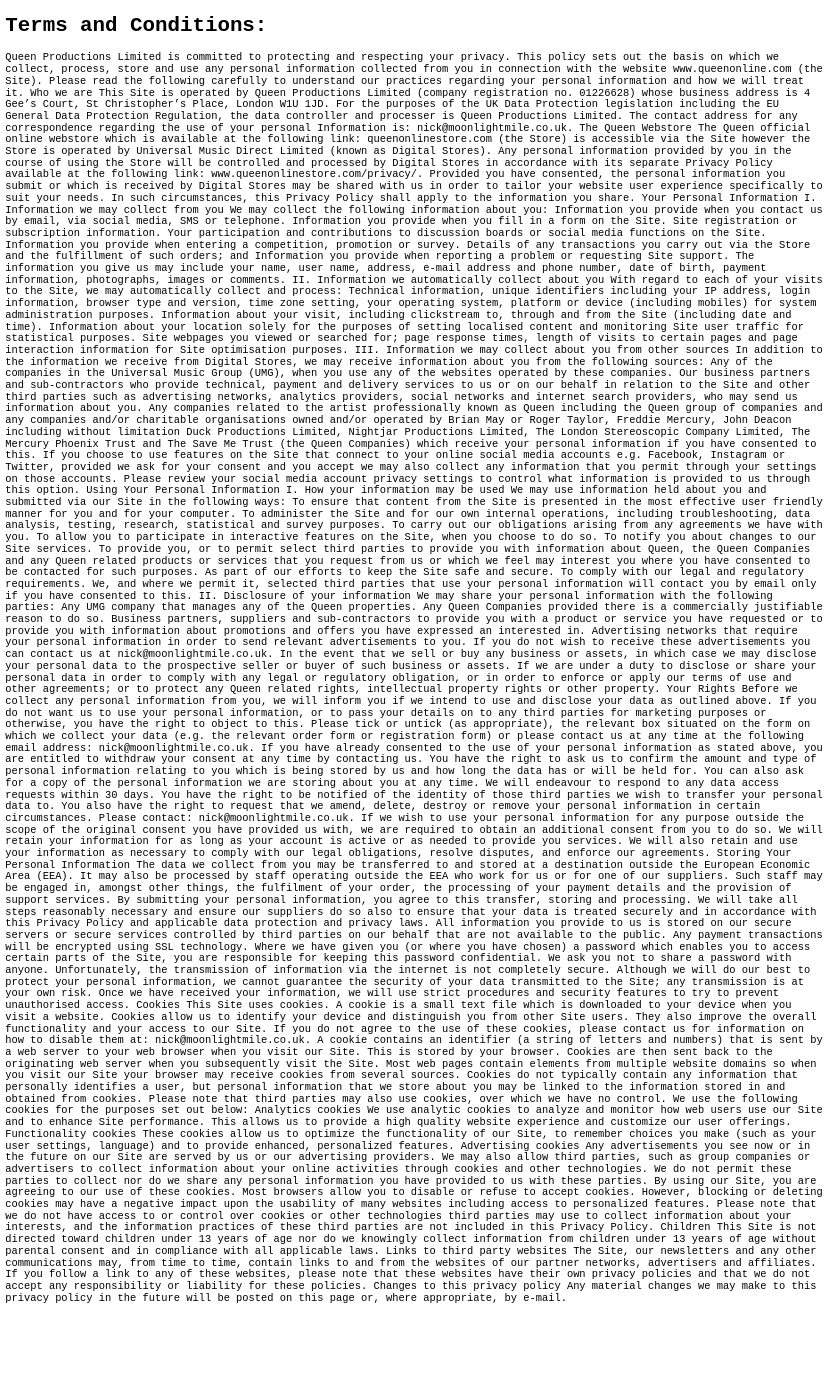
Repository: Olan1/Queen---The-Unofficial-Site
Page: terms-and-conditions.html
The author's editor kept a record of every edit. The page is drawn from the files as they stood at one moment, then again after the next edit.
The browser window is 1280 px wide. The pictures show the whole page, at 65% of full size.

Above is the page before.

After the next edit:
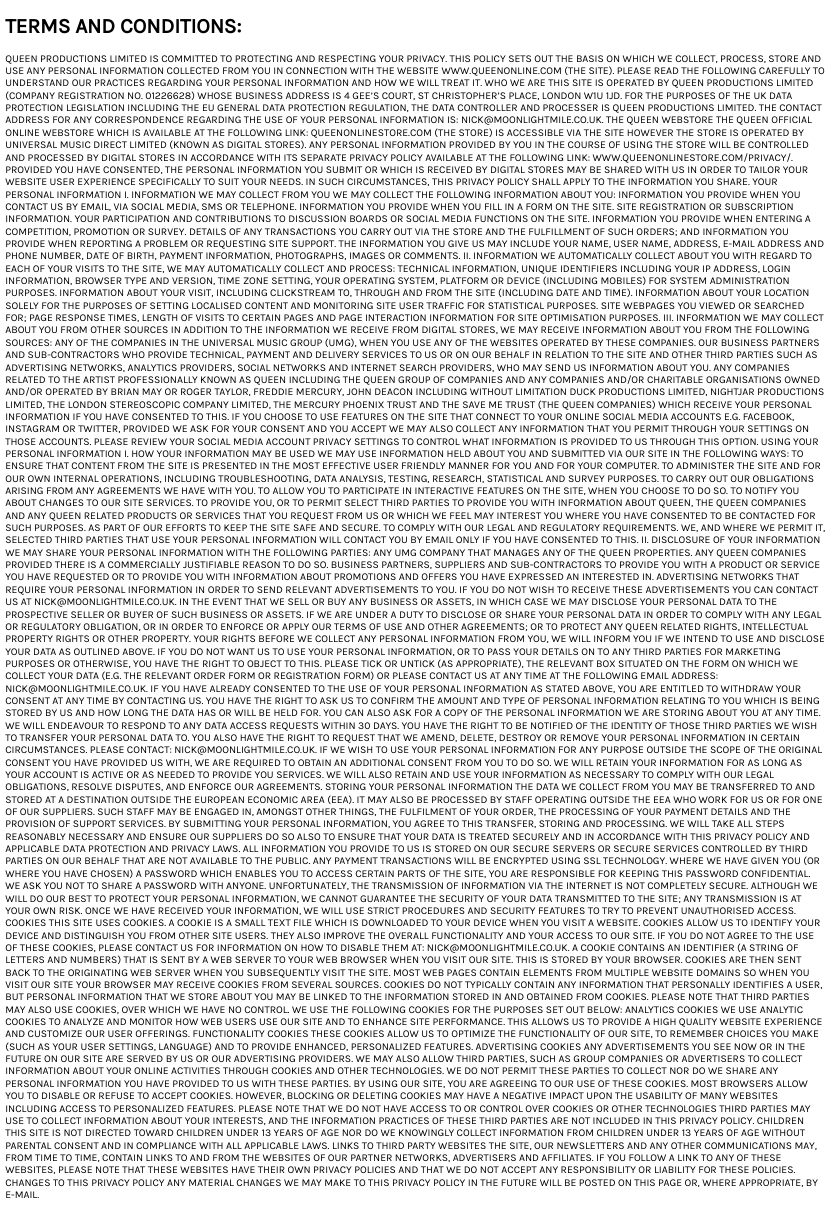
The edit:
--- a/terms-and-conditions.html
+++ b/terms-and-conditions.html
@@ -9,7 +9,8 @@
     <title>Terms and Conditions</title>
     <style>
         body {
-            font-family: 'Roboto Mono', monospace;
+            font-family: 'Karla', sans-serif;
+            text-transform: uppercase;
         }
     </style>
 </head>
